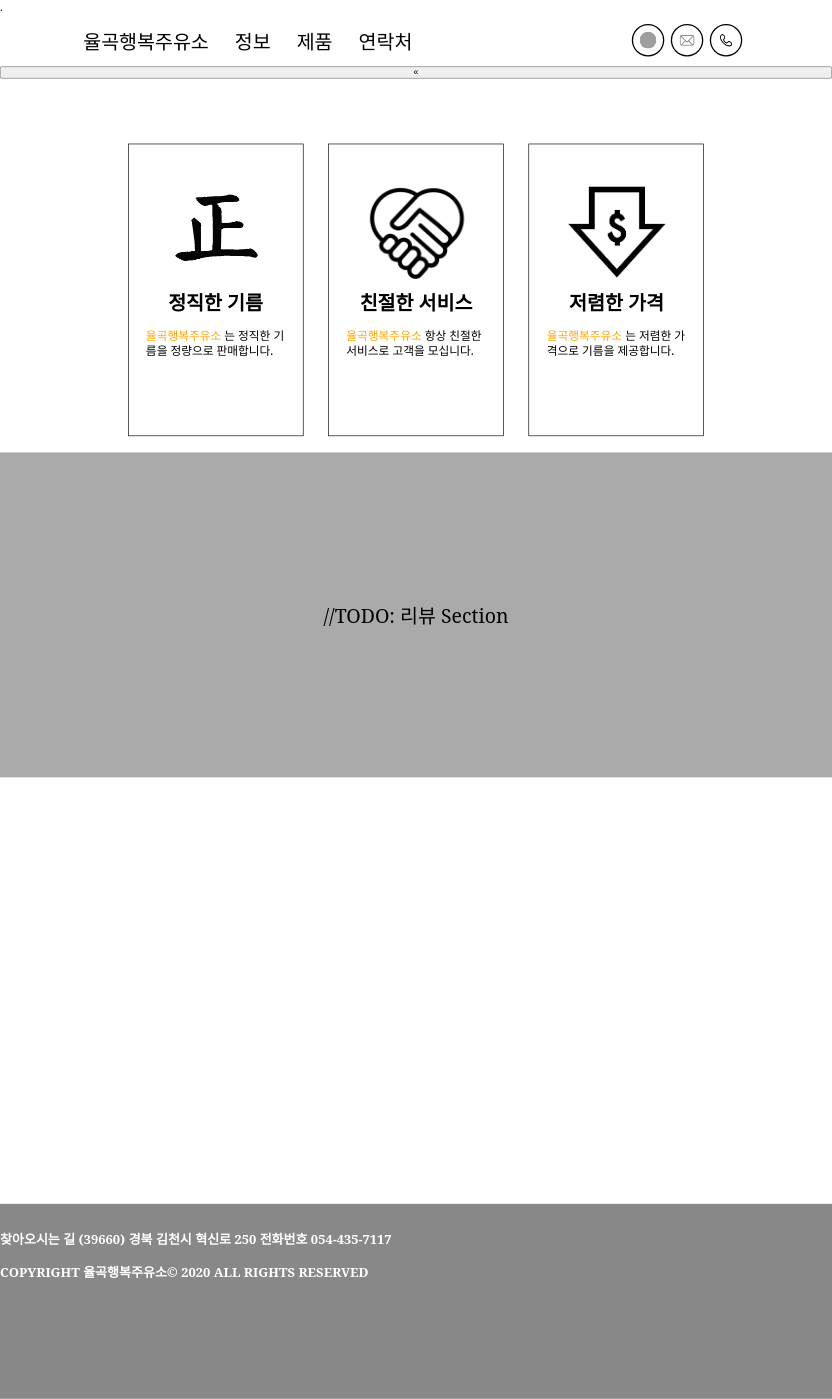
Repository: randomUser134923/pet-projects
Page: pet-projects/web1/index.html
The author's editor kept a record of every edit. The page is drawn from the files as they stood at one moment, then again after the next edit.
The browser window is 1280 px wide. The pictures show the whole page, at 65% of full size.
Pictures or frames that could not be fetched are drawn as grey boxes.

Above is the page before.

### pet-projects/web1/index.html
<!DOCTYPE html>
<html>
    <head>
        <meta charset="utf-8"/>
        <link rel="stylesheet" href="./css/style.css" type="text/css" />
        <link rel="stylesheet" href="./css/banner.css" type="text/css" />
          <link rel="stylesheet" href="https://cdnjs.cloudflare.com/ajax/libs/animate.css/4.1.1/animate.min.css" />
        <script type="text/javascript" src="./js/jquery-3.5.1.js"></script>
        <script src="https://cdnjs.cloudflare.com/ajax/libs/modernizr/2.8.3/modernizr.min.js"></script>.
        <script type="text/javascript" src="./js/banner.js"></script>


    </head>

    <body>
        <header>
            <div class="menu-wrapper">
                <ul class="menu-bar">
                    <li class="home_cont"><a href="#" class="home">율곡행복주유소</a></li>
                    <li class="about_cont"><a href="#" class="about">정보</a></li>
                    <li class="offer_cont"><a href="#" class="offer">제품</a></li>
                    <li class="contract_cont"><a href="#" class="contact">연락처</a></li>
                </ul>

                <ul class="icon-bar">
                    <li><img class="map-icon" src="./images/map.png" /></li>
                    <li><img class="mail-icon" src="./images/mail.png" /></li>
                    <li><img class="call-icon" src="./images/call.png" /></li>
                </ul>

            </div>

        </header>

        <div class="content-wrapper">
            <button onclick="prev()">&laquo;</button>
            <div class="scroller">
                <ul class="items">
                    <li class="item" style="background-image:url(./images/gas-station-1.jpg);"></li>
                    <li class="item" style="background-image:url(./images/img2.jpg);"></li>
                    <li class="item" style="background-image:url(./images/img3.jpg);"></li>
                </ul>
            </div>

            <div class="values">
                <div class="value1">
                    <div class ="value1-icon">
                        <img class= "value-icon-common" src="./images/honest.png"/>
                    </div>
                    <div class="value-text-container">
                        <div class="value-text-container-header">
                            정직한 기름
                        </div>
                        <div class="value-text-container-explain">
                            <p><span class="gas-station-name">율곡행복주유소</span> 는 정직한 기름을 정량으로 판매합니다.</p>
                        </div>
                    </div>
                </div>

                <div class="value2">
                    <div class ="value2-icon">
                        <img class= "value-icon-common" src="./images/kind.png"/>
                    </div>
                    <div class="value-text-container">
                        <div class="value-text-container-header">
                            친절한 서비스
                        </div>
                        <div class="value-text-container-explain">
                            <p><span class="gas-station-name">율곡행복주유소</span> 항상 친절한 서비스로 고객을 모십니다.</p>
                        </div>
                    </div>
                </div>

                <div class="value3">
                    <div class ="value3-icon">
                        <img class= "value-icon-common" src="./images/cheap.png"/>
                    </div>
                    <div class="value-text-container">
                        <div class="value-text-container-header">
                            저렴한 가격
                        </div>
                        <div class="value-text-container-explain">
                            <p><span class="gas-station-name">율곡행복주유소</span> 는 저렴한 가격으로 기름을 제공합니다.</p>
                        </div>
                    </div>
                </div>
            </div>

            <div class="reviews">
                <div class="review-text">
                    //TODO: 리뷰 Section
                </div>
            </div>

        </div>

        <footer>
            <div class="footer_explain">
                <p>
                    <span class="address">찾아오시는 길</span> (39660) 경북 김천시 혁신로 250
                    <span class="phone">전화번호</span> 054-435-7117 <br>
                </p>
            </div>

            <div class="copyright">
                COPYRIGHT <span>율곡행복주유소</span><span>&copy</span> 2020 ALL RIGHTS RESERVED
            </div>
        </footer>
    </body>
</html>

### pet-projects/web1/css/style.css
/* https://freefrontend.com/css-sliders/ */


* {
    padding: 0;
    margin:0;
    box-sizing: border-box;
}

@font-face { font-family: 'NanumBarunGothic';
src: url('/fonts/NanumBarunGothic.eot');
src: url('/fonts/NanumBarunGothic.eot') format('embedded-opentype'),
url('/fonts/NanumBarunGothic.woff') format('woff');}



header {
    display: flex;
    align-items: center;
    justify-content: center;
    height: 80px;
    width: 100%;
    background-color: #FFFFFF;
}

body {
    font-family: 'NanumGothic', 'serif';

}

ul {
    list-style-type: none;
    text-decoration: none;
}


a {
    text-decoration: none;
}

.menu-wrapper {
    display: flex;
    flex-direction: row;
    width: 80%;
    justify-content: space-between;
    align-items: center;
}

.menu-bar {
    display: flex;
    flex-direction: row;
    align-items: center;
}

.icon-bar {
    display: flex;
    flex-direction: row;
    align-items: center;
}

.map-icon , .call-icon , .mail-icon {
    display: flex;
    justify-content: center;
    align-items: center;
    width: 50px;
    height: 50px;
    padding: 10px;
    mix-blend-mode: multiply;
    border: 2px solid black;
    border-radius: 50px;
    margin-right: 10px;
}

.menu-bar li a {
    color: black;
}

.menu-bar li a:hover {
    color: blue;
}


.home , .about, .offer, .contact {
    display: flex;
    justify-content: center;
    align-items: center;
    font-size: 30px;
    margin-right: 40px;
}



.contact {
    margin-right: 0px;
}

.content-wrapper {
    position: relative;
    display: flex;
    flex-direction: column;
    height: 1750px;

}

/*                           Sliding banner                           */
.scroller {
    position: relative;
    display: flex;
    overflow:hidden;
    flex-wrap: nowrap;
    width: 100%;
    height: 750px;
}



/* ------------------------------------------------------------------- */

.values {
    display: flex;
    justify-content: center;
    align-items: center;
    height: 500px;
}


.value1 , .value2 , .value3 {
    position: relative;
    display:flex;
    justify-content: center;
    align-items: flex-end;
    border: 1px solid black;
    width: 270px;
    height: 90%;
    margin-right: 3%;
}

.value-text-container {
    display:flex;;
    flex-direction: column;
    align-items: center;
    width: 80%;
    height: 50%;
    font-size: 18px;
    line-height: 1.3;
}


.value-text-container-header {
    display:flex;
    font-weight: bold;
    font-size: 30px;

}

.value-text-container-explain {
    display:flex;
    margin-top: 20px;
}


.value3 {
    margin-right:0px;
}

.value1-icon , .value2-icon , .value3-icon {
    position: absolute;
    left: 50px;
    top: 50px;
    display: flex;
    justify-content: center;
    align-items: center;

    width: 170px;
    height: 170px;
}

.value-icon-common {
    width: 150px;
    height: 150px;
    mix-blend-mode: multiply;
}

.reviews {
    display: flex;
    justify-content: center;
    align-items: center;
    flex-direction: column;
    height: 500px;
    background-color: #AAAAAA;
}

.review-text {
    display: flex;
    justify-content: center;
    align-items: center;
    height: 75px;
    font-size: 30px;

}

.review-box-wrapper {
    display: flex;
    justify-content: center;
    align-items: center;
    flex-direction: row;
    width: 100%;
    height: 300px;

}

.review-box-1 {
    margin-right: 20px;
}

.review-box-1 , .review-box-2 {
    display: flex;
    justify-content: center;
    align-items: center;
    width: 40%;
    height: 100%;
}

blockquote{
  font-size: 1.4em;
  width:100%;
  height: 100%;
  margin:50px auto;
  font-style:italic;
  color: #555555;
  padding:1.2em 30px 1.2em 75px;
  border-left:8px solid #78C0A8 ;
  line-height:1.3;
  position: relative;
  background:#EDEDED;
}

blockquote::before{
  font-family:Arial;
  content: "\201C";
  color:#78C0A8;
  font-size:4em;
  position: absolute;
  left: 10px;
  top:-10px;
}

blockquote::after{
  content: '';
}

blockquote span{
  display:block;
  color:#333333;
  font-style: normal;
  font-weight: bold;
  margin-top:1em;
}


.scroller {
    display: flex;
    justify-content: center;
    align-items: center;
    height: 75px;
}
footer {
    height: 300px;
    font-size: 20px;
    text-align: left;
    color: white;
    background-color: #888888;
    font-weight: bold;
    line-height: 50px;
    vertical-align: middle;
}

.footer_explain {
    padding-top: 30px;
}

.copyright {
    height: 5px;

}

.gas-station-name {
    color: orange;
    height: 16px;
}

### pet-projects/web1/css/banner.css

i {
    margin: 0;
	padding: 0;
	border: 0;
	font-size: 100%;
	font: inherit;
	vertical-align: baseline;
}


#slides{
  position: relative;
  width: 100%;
  padding: 0;
  margin: 0;
}

.slide{
  height:100%;
  position: relative;
  left: 0;
  top: 0;
  width: 100%;
  opacity: 0;
  transition: opacity 1s;
  background-size: cover;
}

.showing{
  opacity: 1;
  z-index: 2;
}

.slide1{
  background-image: url("../images/img1.jpg")
}

.slide2{
  background-image: url(("../images/img2.jpg)
}

.slide3{
  background-image: url(("../images/img3.jpg")
}



.arrow{
  color: #fff;
  z-index: 3;
  position: absolute;
  top: 80%;
  transition: color 1s;
    font-size: 30px;
}

.arrow:hover{
  cursor: pointer;
  color: #444;

}

.arrow-next{
  left: 20%;
}

.arrow-prev{
  right: 20%;
}



@media(min-width: 750px){

    .arrow-next{
      left: 40%;
    }

    .arrow-prev{
      right: 40%;
    }

}

Loaded but not shown: pet-projects/web1/js/jquery-3.5.1.js (library); pet-projects/web1/js/banner.js (no stored copy; drawn as an empty file)

After the next edit:
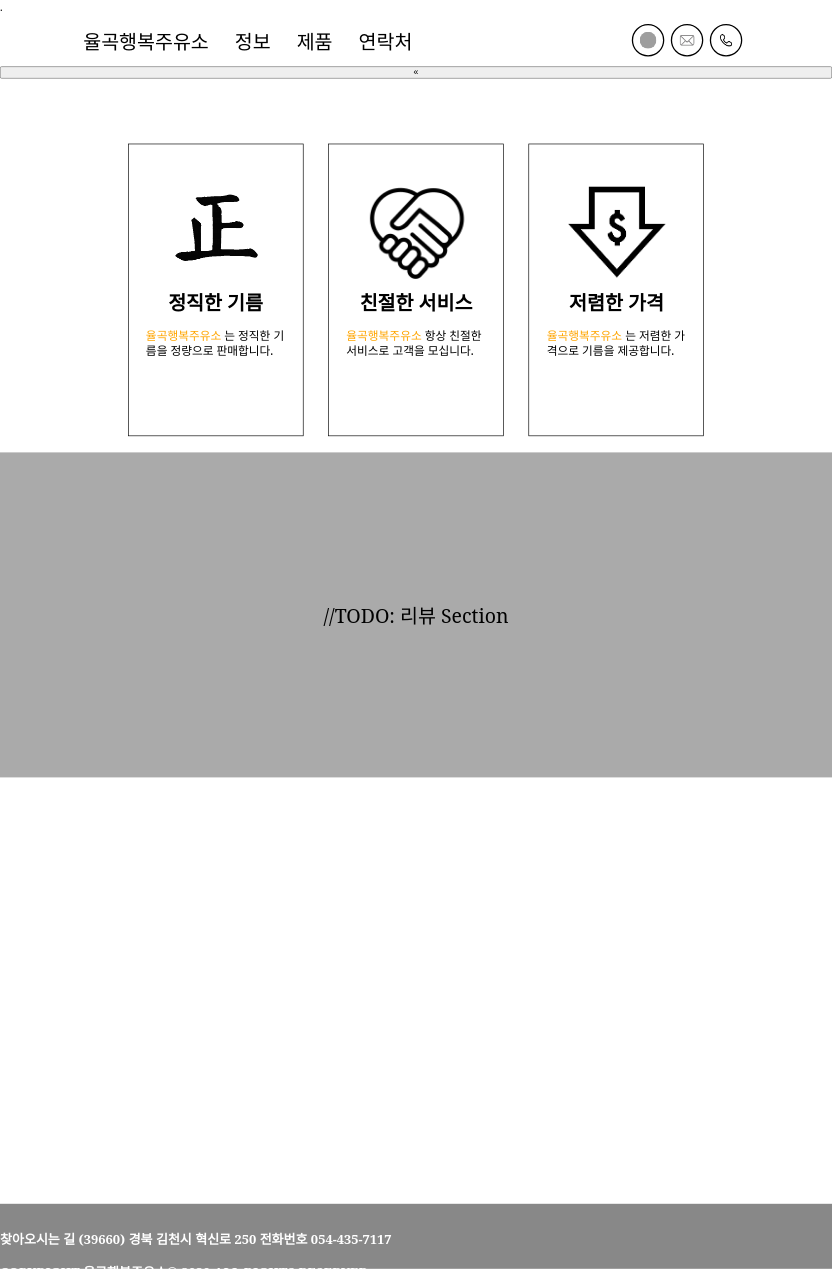
The edit:
--- a/pet-projects/web1/css/style.css
+++ b/pet-projects/web1/css/style.css
@@ -265,7 +265,7 @@
     height: 75px;
 }
 footer {
-    height: 300px;
+    height: 100px;
     font-size: 20px;
     text-align: left;
     color: white;
